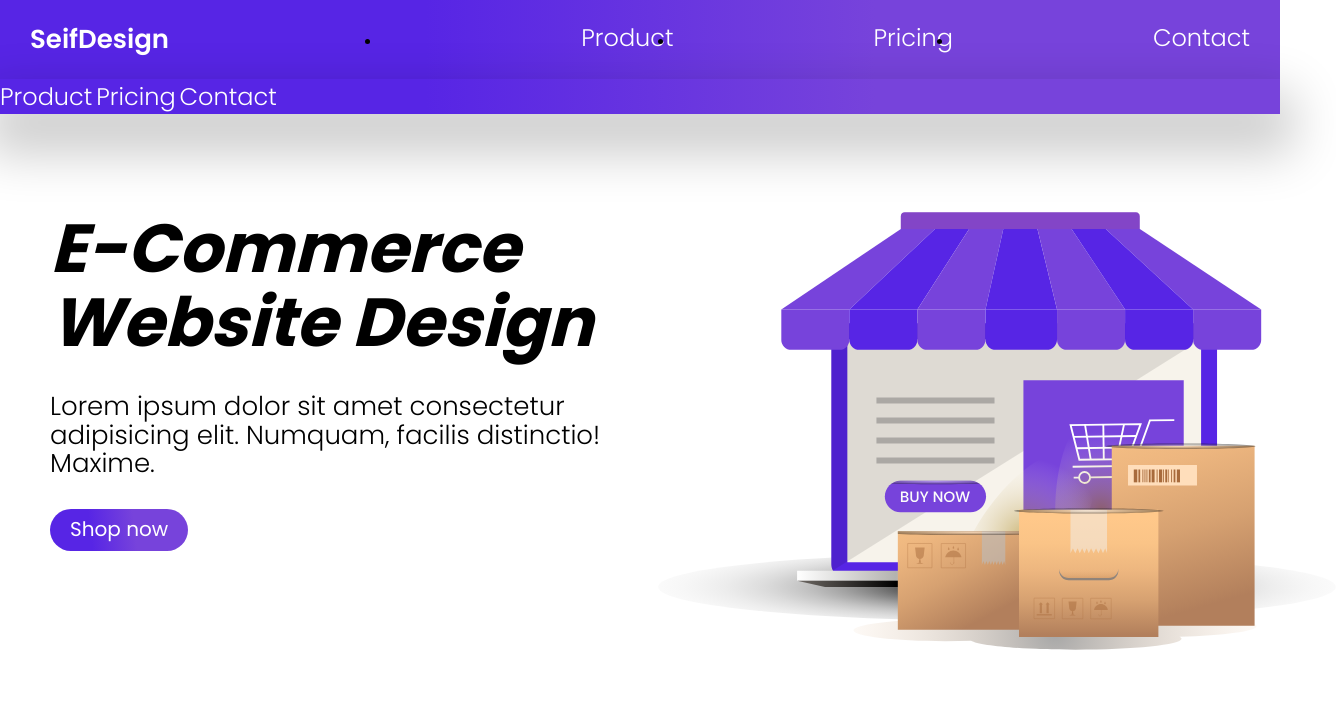
Repository: MehdiKerimov/figma-task-19
Page: pages/homePage/index.html
These files come from the project's save history. The page is drawn as it stood at one moment and after a run of saves; the edit follows.
The browser window is 1280 px wide. The page is 1336 px wide, so the pictures cover 1336 px, including what lies to the right of the window. The pictures show the whole page.
The style sheet was rebuilt from its Sass, Less or Tailwind sources for each picture, by a compiler version that may differ from the author's.

Above is the page before, as saved 2024-01-20 15:40:12.

### pages/homePage/index.html
<!DOCTYPE html>
<html lang="en">
  <head>
    <meta charset="UTF-8" />
    <meta name="viewport" content="width=device-width, initial-scale=1.0" />
    <title>Document</title>
    <link rel="stylesheet" href="../../assets/css/reset.css" />
    <link rel="stylesheet" href="index.css" />
  </head>
  <body>
    <div class="container">
      <nav>
        <h1>SeifDesign</h1>
        <ul>
          <li>
                    <a href="">Product</a>

          </li>
          <li>
                    <a href="">Pricing</a>

          </li>
          <li>        <a href="">Contact</a>
</li>
        </ul>

        <button class="open-btn">
          <svg xmlns="http://www.w3.org/2000/svg" width="37" height="38" viewBox="0 0 37 38" fill="none">
            <rect y="9.5" width="37" height="3" rx="1.5" fill="#D9D9D9"/>
            <rect y="17.5" width="37" height="3" rx="1.5" fill="#D9D9D9"/>
            <rect y="25.5" width="37" height="3" rx="1.5" fill="#D9D9D9"/>
          </svg>
        </button>
      </nav>
      <div class="menu-list">
        <a href="#">Product</a>
        <a href="#">Pricing</a>
        <a href="#">Contact</a>

      </div>
      <main>
        <div class="left-container">
          <h2>E-Commerce Website Design</h2>
          <p>
            Lorem ipsum dolor sit amet consectetur adipisicing elit. Numquam,
            facilis distinctio! Maxime.
          </p>
          <button><a href="">Shop now</a></button>
        </div>

        <img src="../../assets/images/Group (3).svg" alt="" />
      </main>
    </div>
  </body>
</html>

### assets/css/reset.css
*{
    margin: 0;
    padding: 0;
    box-sizing: border-box;
}

button{
    border: none;
    background: none;
}
a{
    text-decoration: none;
}

### pages/homePage/index.scss
@import url("https://fonts.googleapis.com/css2?family=Poppins:wght@300;400;600;700&display=swap");
.container {
  min-height: 100vh;
  /* padding: 30px 30px 43px 30px; */
  nav {
    padding: 20px 30px;
    display: flex;
    justify-content: space-between;
    background: linear-gradient(270deg, #7743db 31.64%, #5725e5 66.78%);
    h1 {
      color: #fff;
      font-family: Poppins;
      font-size: 26px;
      font-style: normal;
      font-weight: 600;
      line-height: normal;
    }
    ul{
      display: flex;
      @media screen and (max-width:1024px) {
      display: none;;
      }
      a {
        text-decoration: none;
        margin-left: 200px;
        color: #fff;
        text-align: center;
        font-family: Poppins;
        font-size: 24px;
        font-style: normal;
        font-weight: 300;
        line-height: normal;
      }
    }
.open-btn{
display: none;
@media screen and (max-width:1024px) {
display: block;
}
}
  }
  .menu-list{
    background: linear-gradient(270deg, #7743DB 31.64%, #5725E5 66.78%);
box-shadow: 0px 26px 50px 14px rgba(0, 0, 0, 0.20);

a{
  color: #FFF;
text-align: center;
font-family: Poppins;
font-size: 24px;
font-style: normal;
font-weight: 300;
line-height: normal;
}
  }
  main {
    display: flex;
    padding: 98px 50px 43px 50px;
    @media screen and (max-width:1024px) {
      flex-direction: column-reverse;
    }
    h2 {
      width: 608px;
      font-family: Poppins;
      font-size: 68px;
      font-style: italic;
      font-weight: 700;
      line-height: 109%;
    }
    p {
      margin-top: 32px;
      margin-bottom: 32px;
      width: 608px;
      color: #000;
      font-family: Poppins;
      font-size: 26px;
      font-style: normal;
      font-weight: 300;
      line-height: 109%;
    }
    button {
      padding: 10px 20px;
      border-radius: 25px;
      background: linear-gradient(263deg, #7743db 38.81%, #5725e5 70.24%);
      a {
        color: #fff;
        font-family: Poppins;
        font-size: 20px;
        font-style: normal;
        font-weight: 400;
        line-height: 109%;
      }
    }
  }
}

After the next 4 saves:
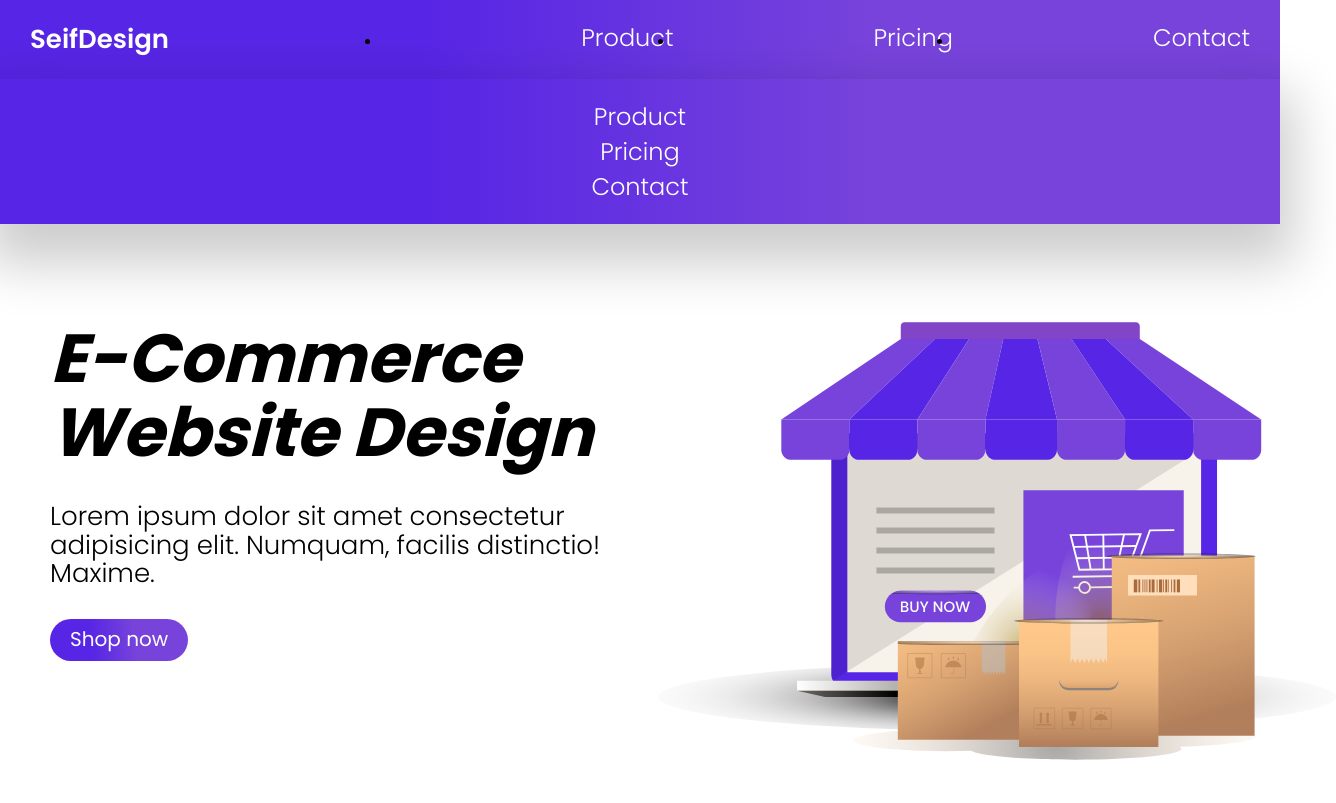
The 4 saves are shown as one change because 1 did not build or start and some came seconds apart.
The last was saved 35 s later.
--- a/pages/homePage/index.scss
+++ b/pages/homePage/index.scss
@@ -42,7 +42,11 @@ display: block;
   .menu-list{
     background: linear-gradient(270deg, #7743DB 31.64%, #5725E5 66.78%);
 box-shadow: 0px 26px 50px 14px rgba(0, 0, 0, 0.20);
-
+display: flex;
+flex-direction: column;
+align-items: center;
+justify-content: center;
+padding: 20px 30px;
 a{
   color: #FFF;
 text-align: center;
